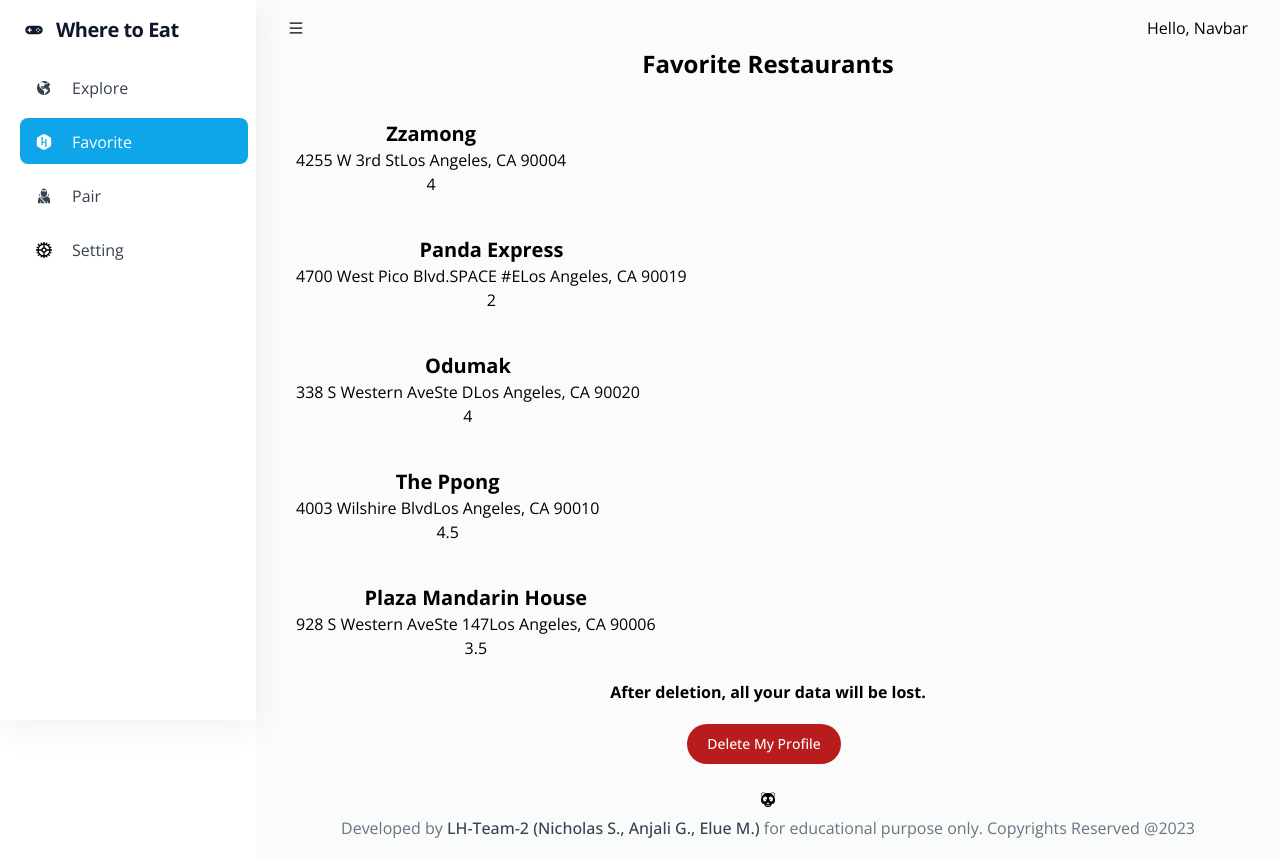
Repository: n-shen/where-to-eat
Page: /favorite (app in client/)
The author's editor kept a copy of each file at every save. The page is drawn from the files as they stood at one save, then again after the next save.
The browser window is 1280 px wide. The pictures show the whole page.
The page's requests for data from a server got no answer. The project was rebuilt for these pictures with package versions that can differ from the ones it lists, and the page was loaded fresh each time. No one was signed in, and anything a server would have sent is missing. Also part of the build but not shown: client/src/data/cities.js, client/src/components/SearchForm.jsx, client/src/components/SearchResult.jsx, client/src/components/room.jsx, client/src/components/Room/Chat.jsx, client/src/components/Room/Selection.jsx, client/src/components/Room/Intro.jsx, client/src/components/Room/Game.jsx and 5 more.

Above is the page before, as saved 2023-05-05 19:54:07.

After the next save:
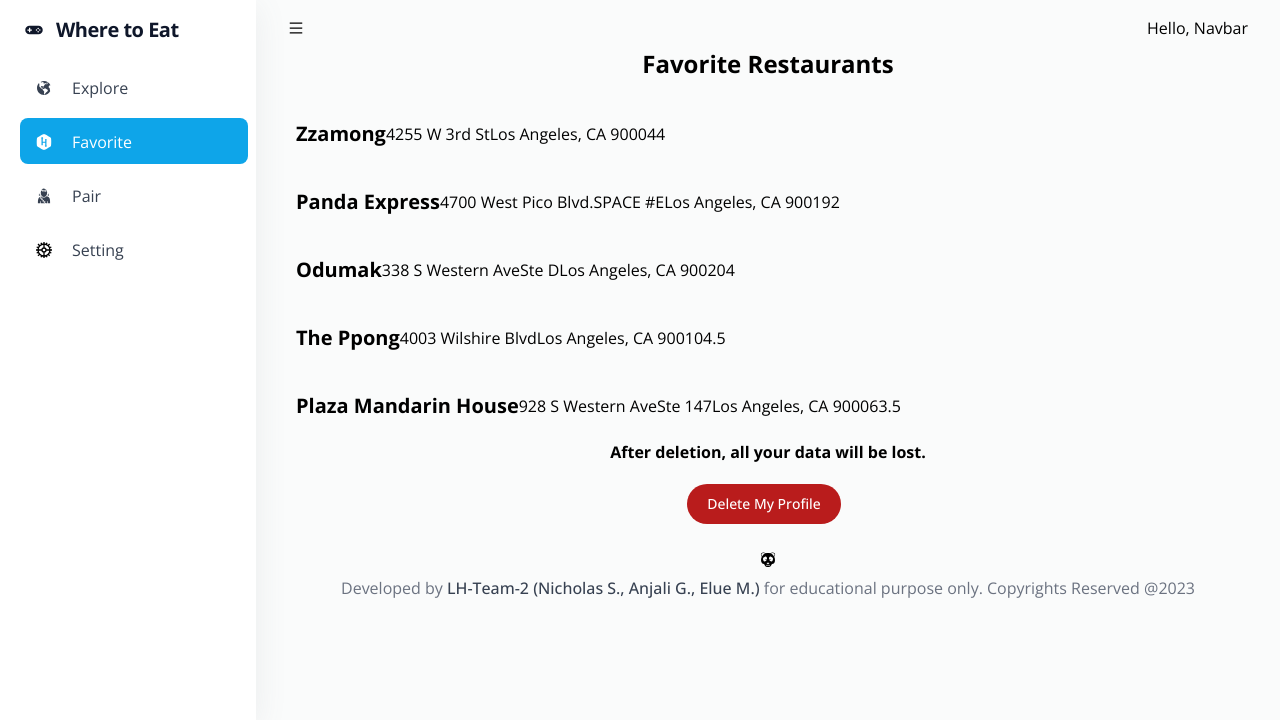
Saved 28 s later.
--- a/client/src/pages/Favorite.jsx
+++ b/client/src/pages/Favorite.jsx
@@ -82,7 +82,7 @@
         {restaurants.map((restaurant, index) => (
           <li
             key={index}
-            className="flex flex-col items-center justify-center m-5"
+            className="flex items-center justify-center m-5"
           >
             <h2
               htmlFor={restaurant.name}
